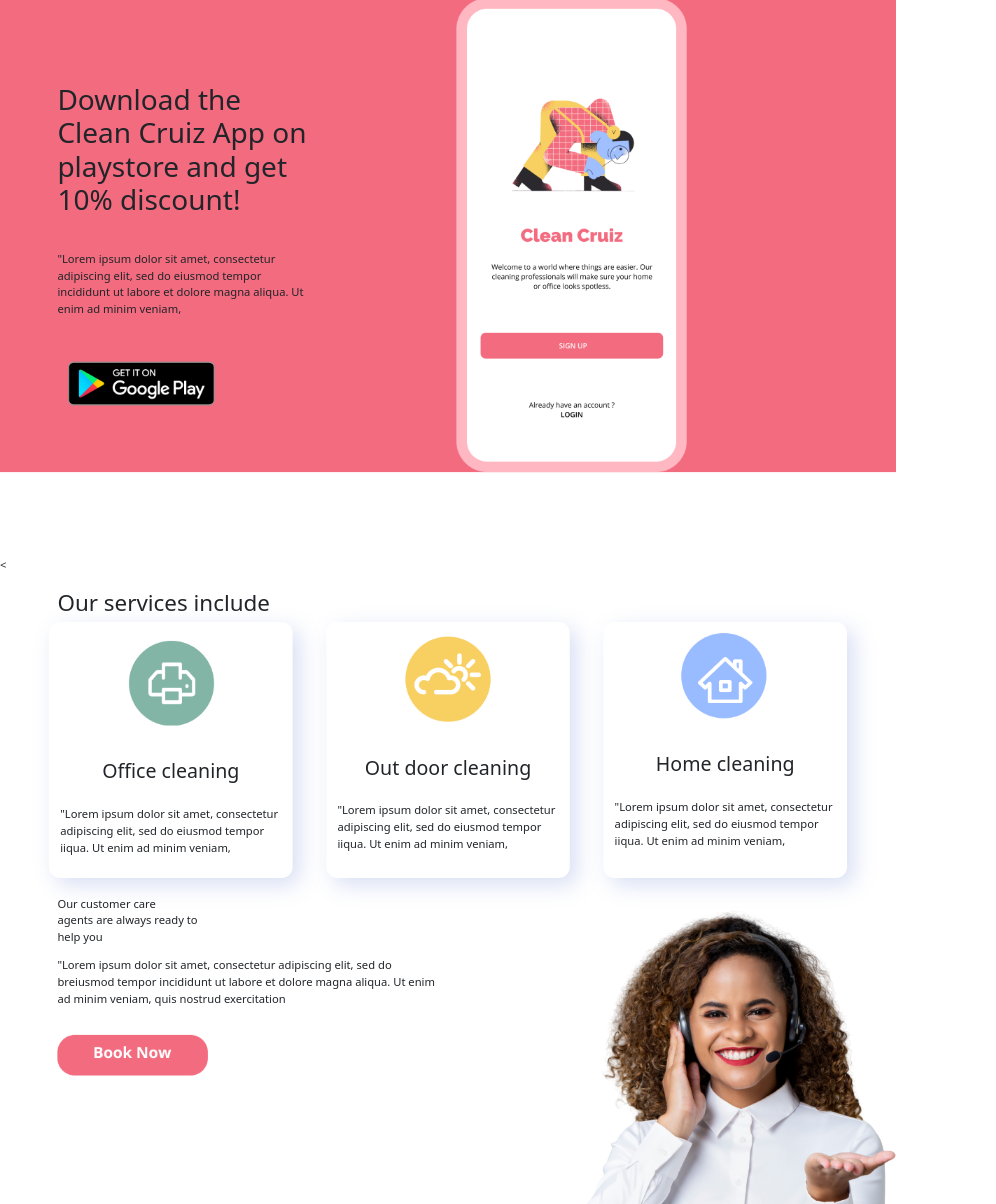
Repository: uy022/QuocUybaitapgiuaki
Page: index.html
An editor plug-in stored every save of this project. The page is shown before and after the next save, followed by the edit.
The browser window is 1280 px wide. The page is 1423 px wide, so the pictures cover 1423 px, including what lies to the right of the window. The pictures show the part of the page from y = 939 to 2659 px (the page is 3163 px tall), at 70% of full size.

Above is the page before, as saved 2022-09-06 09:42:43.

### index.html
<!DOCTYPE html>
<html>
    <head>
        <title> Bài tập giữa kỳ </title>
        <link href="node_modules/bootstrap/dist/css/bootstrap.min.css" rel="stylesheet" />
       <link rel="stylesheet" href="./css/style1.css">
    </head>
    <body>


        <div class="container">
            <nav class="navbar navbar-expand-lg menu">
                <div class="container-fluid">
                  <div class="col-md-7 logo">
                    <img src="./imgs/Clean Cruiz LOGO 1.png" alt="">
                  </div>
                  <button class="navbar-toggler" type="button" data-bs-toggle="collapse" data-bs-target="#navbarSupportedContent" aria-controls="navbarSupportedContent" aria-expanded="false" aria-label="Toggle navigation">
                    <span class="navbar-toggler-icon"></span>
                  </button>
                  <div class="collapse navbar-collapse" id="navbarSupportedContent">
                    <ul class="navbar-nav me-auto  mb-2 mb-lg-0">
                      <li class="nav-item">
                        <a class="nav-link active" aria-current="page" href="#">Menu</a>
                      </li>
                      <li class="nav-item">
                        <a class="nav-link" href="#">About Us</a>
                      </li>
                      <li class="nav-item">
                        <a class="nav-link" href="#">Sevrices</a>
                      </li>
                      <li class="nav-item">
                        <a class="nav-link disabled">Contact</a>
                      </li>
                    </ul>
                    <form class="d-flex col-5" >
                      <button class="btn btn-outline-success" type="submit">Login</button>
                    </form>
                  </div>
                </div>
              </nav>
        </div><br><br><br>


        <div class="content">
          <div class=" container">
            <div class="row d-flex justify-content-between align-items-start">
              <div class="col-4">
                <div class="item py-5">
                        <div >
                          <h1>Let us handle your next cleaning</h1>
                        </div>
                          <p class="my-5">
                            "Lorem ipsum dolor sit amet, consectetur adipiscing elit, sed do breiusmod tempor incididunt ut labore et dolore magna aliqua. Ut enim ad minim veniam, quis nostrud exercitation
                          </p>
                        <button type="submit" class="btn__booknow rounded-5 text-light px-5 py-3 border-0 ">Book Now</button>
                      </div>
                    </div>

                 <div class = "col-6">
                    <div class="anh" >
                        <img src="./imgs/Illustration 1 1.png" >
                    </div>
                 </div>
          </div>

        </div>
        <br><br><br><br>

        <div class="client dropup-center">
          <ul class ="d-flex justify-content-between align-items-center">
              <li><img src ="./imgs/1.png" alt=""></li>
              <li><img src ="./imgs/2.png" alt=""></li>
              <li><img src ="./imgs/3.png" alt=""></li>
              <li><img src ="./imgs/4.png" alt=""></li>
              <li><img src ="./imgs/5.png" alt=""></li>
              <li><img src ="./imgs/6.png" alt=""></li>
        </ul>
        </div>
        <br><br><br><br>

        <div class="content acc">
          <div class="container">
            <div class="row d-flex justify-content-between align-items-start conte">
              <div class="col-4">
                <div class="item py-5">
                        <div > <br><br><br>
                          <h1>Download the Clean Cruiz App on playstore and get 10% discount!</h1>
                        </div>
                          <p class="my-5">
                            "Lorem ipsum dolor sit amet, consectetur adipiscing elit, sed do eiusmod tempor incididunt ut labore et dolore magna aliqua. Ut enim ad minim veniam,
                          </p>
                          <img src="./imgs/Google play 1.png">
                      </div>
                    </div>

                 <div class = "col-6">
                    <div class="anh" >
                        <img src="./imgs/iPhone 11 Pro Max - 2 1.png" >
                    </div>
                 </div>
          </div>

        </div>

        </div>
      </div>
       <br><br><br><br><br><<br> <br>
        <div class="tieude">
          <div class= "container">
          <div class="title">
            <h2>Our services include</h2>
          </div>
          <div class= "row card-content gap-5">
             <div class ="col  rounded-4 shadowContent anh1 p-3">
              <img src="./imgs/Slice 1.png" alt="" class="d-block mx-auto"><br><br>
              <h3 class="text-center">Office cleaning</h3><br>
               <p>"Lorem ipsum dolor sit amet, consectetur adipiscing elit, sed do eiusmod tempor iiqua. Ut enim ad minim veniam,</p>
             </div>
             <div class ="col  rounded-4 shadowContent anh2 p-3">
              <img src="./imgs/Slice 2.png" alt="" class="d-block mx-auto"><br><br>
              <h3 class="text-center">Out door cleaning</h3><br>
                <p>"Lorem ipsum dolor sit amet, consectetur adipiscing elit, sed do eiusmod tempor iiqua. Ut enim ad minim veniam,</p>
             </div>
             <div class ="col  rounded-4 shadowContent anh3 p-3">
              <img src="./imgs/Slice 3.png" alt="" class="d-block mx-auto"><br><br>
              <h3 class="text-center">Home cleaning</h3><br>
                <p>"Lorem ipsum dolor sit amet, consectetur adipiscing elit, sed do eiusmod tempor iiqua. Ut enim ad minim veniam,</p>
             </div>
          </div>
       </div>
      </div>

       <div class="content">
        <div class=" container">

            <div class="row">
                <div class="col-md-6">
                  <div class="title"> <br>
                  <p>Our customer care <br> agents are always ready to <br> help you</p>
                </div>
                    <div class="item">

                        <p>
                          "Lorem ipsum dolor sit amet, consectetur adipiscing elit, sed do breiusmod tempor incididunt ut labore et dolore magna aliqua. Ut enim ad minim veniam, quis nostrud exercitation
                        </p>
                        <div class="md-5 col-md-6"><br>
                         <img src="./imgs/Book now.png" alt="">
                        </div>
                    </div>
                  </div>

               <div class = "col-md-6">
                  <div class="a" >
                      <img src="./imgs/Woman 1 1.png" >
                  </div>
               </div>
        </div>

      </div>
      <br><br><br><br><br><br>
      <div class="c">
      <div class="footer">
        <div class="row align-items-start">
          <div class="col">
            <h5>Product</h5>
            <p>Listing</p>
            <p>Property</p>
            <p>Agents</p>
            <div>Blog</div>
          </div>
          <div class="col">
            <h5>Resoures</h5>
            <p>Our Homes</p>
            <p>Member Stories</p>
            <p>Video</p>
            <p>Free trial</p>
          </div>
          <div class="col">
            <h5>Company </h5>
            <p>Patnerships</p>
            <p>Terms of use</p>
            <p>Privacy</p>
            <p>Sitemap</p>
          </div>
          <div class="col">
            <h5>Get in touch</h5>
            <p>You'll find your next home, in any style you prefer.</p>
            <div class="n row">
            <div class="col-4">
              <img src="./imgs/Facebook icon.png" alt="">
            </div >
            <div class="col-4">
              <img src="./imgs/twitter icon.png" alt="">
            </div>
            <div class="col-4">
              <img src="./imgs/lindedin icon.png" alt="">
            </div>
            </div>
          </div>
      </div>
      <div>
        <h5>Bensik.</h5>
      </div>
    </div>

    <div>
      <div class="container">
        <div class="row">
          <div class="col-md-6">
            <p>sdgshda</p>
          </div>
          <div class="col-md-6">
            <p>sdgshda</p>
          </div>
        </div>
      </div>
    </div>

    </body>
    <script src="/node_modules/bootstrap/dist/js/bootstrap.min.js"> </script>
</html>

### css/style1.css
.menu_top {
  background-color: black;
  height: 50px;
}

.menu_top ul li {
  display: inline-block;
}

header ul {
  float: right;
  margin: 0;
}

header ul li {
  list-style: none;
  display: inline-block;
  padding: 20px;
  font-weight: bold;
}

header ul li a {
  text-decoration: none;
  text-transform: uppercase;
  color: black;
}

.slider {
  background-color: green;
  padding: 100px 0;
  text-align: center;
}

.slider h1 {
  font-size: 55px;
  color: white;
  text-transform: uppercase;
}

.slider p {
  color: white;
  font-size: 18px;
}

.content1 {
  padding: 50px;
}

.content1 .title {
  text-align: center;
}

.content1 .title h2 {
  color: back;
  font-size: 50px;
  text-transform: uppercase;
}

.content1 .title h2 span {
  color: green;
}

.content1 .item {
  text-align: center;
}

.content1 .item img {
  width: 100px;
  height: auto;
}

.content1 .item h3 {
  text-transform: uppercase;
  font-size: 18px;
  margin: 15px 0;
}

.content2 {
  padding: 50px;
}

.content2 .title {
  text-align: center;
}

.content2 .title h2 {
  color: back;
  font-size: 50px;
  text-transform: uppercase;
}

.content2 .title h2 span {
  color: green;
}

.content2 .item {
  text-align: center;
}

.content2 .item img {
  width: 100px;
  height: auto;
}

.content2 .item h3 {
  text-transform: uppercase;
  font-size: 18px;
  margin: 15px 0;
}

.content2 .a {
  left: 20%;
  background-color: crimson;
} /*# sourceMappingURL=style1.css.map */
.btn__booknow {
  background-color: #F36B7F;
}

.acc {
  background-color: #F36B7F;
}

.shadowContent {
  box-shadow: 10px 10px 30px rgba(210, 218, 242, 0.87);
}/*# sourceMappingURL=style1_20220906094203.css.map */

Loaded but not shown: node_modules/bootstrap/dist/css/bootstrap.min.css (library); node_modules/bootstrap/dist/js/bootstrap.min.js (library)

After the next save:
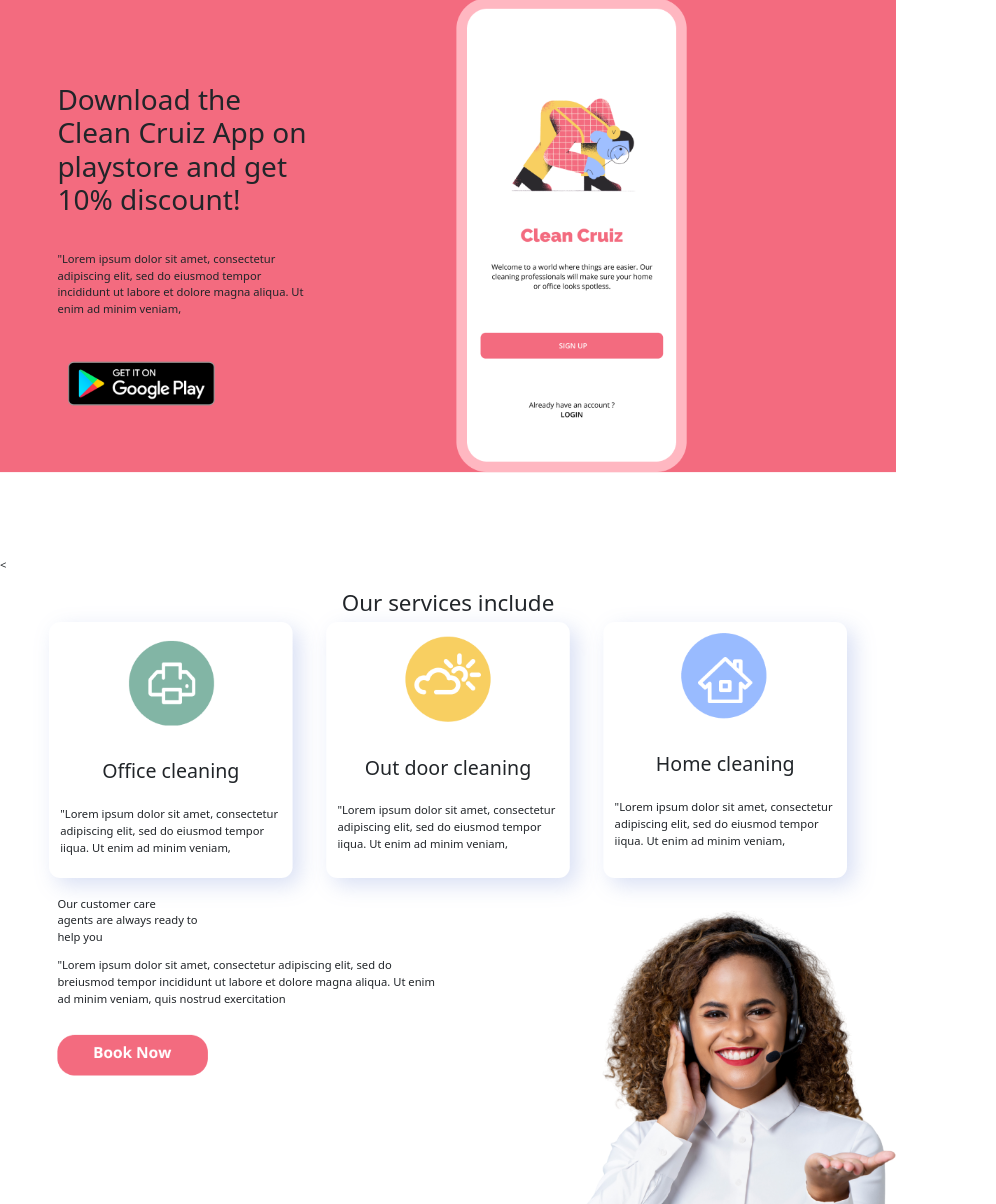
Saved 80 s later.
--- a/index.html
+++ b/index.html
@@ -108,7 +108,7 @@
         <div class="tieude">
           <div class= "container">
           <div class="title">
-            <h2>Our services include</h2>
+            <h2 class="text-center">Our services include</h2>
           </div>
           <div class= "row card-content gap-5">
              <div class ="col  rounded-4 shadowContent anh1 p-3">
